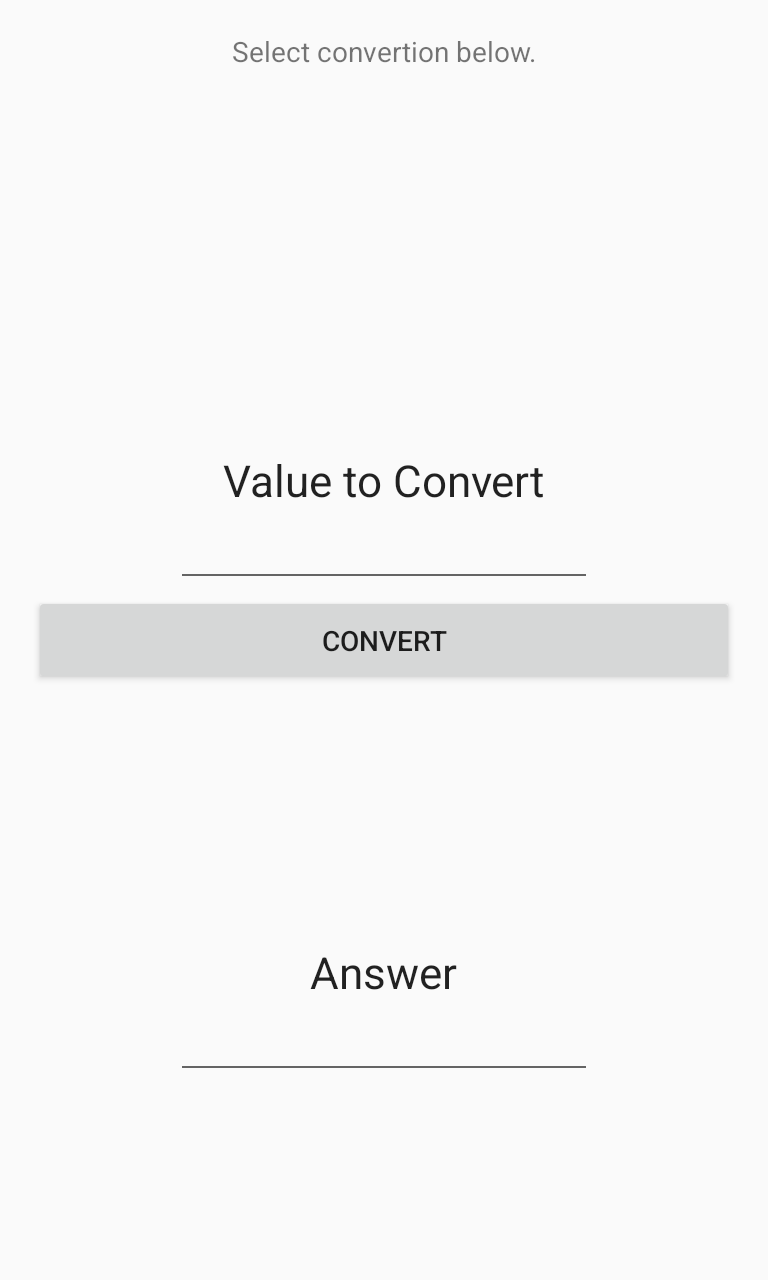
Repository: awayzo/6300Fall14Assignment4
Layout: UnitConvertor/res/layout/activity_currency.xml
The author's editor kept a copy of each file at every save. The layout is drawn from the files as they stood at one save, then again after the next save.
It is drawn on a 768 x 1280 px phone screen (xhdpi) without system bars, with theme AppTheme; the app's code is not run.

Above is the layout before, as saved 2014-09-27 07:45:57.

After the next save:
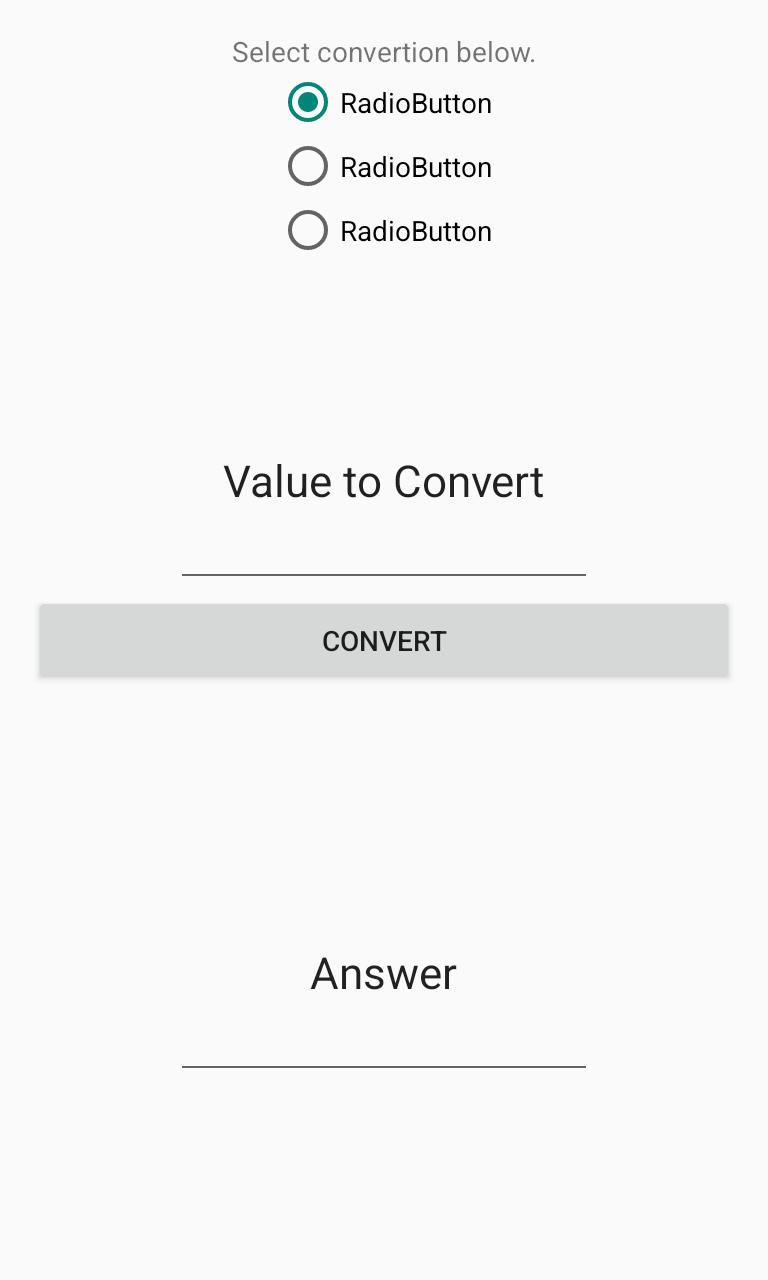
Saved 35 s later.
--- a/UnitConvertor/res/layout/activity_currency.xml
+++ b/UnitConvertor/res/layout/activity_currency.xml
@@ -60,4 +60,31 @@
         android:text="Value to Convert"
         android:textAppearance="?android:attr/textAppearanceLarge" />
 
+    <RadioGroup
+        android:id="@+id/radioGroup1"
+        android:layout_width="wrap_content"
+        android:layout_height="wrap_content"
+        android:layout_below="@+id/lblTitle_Currency"
+        android:layout_centerHorizontal="true" >
+
+        <RadioButton
+            android:id="@+id/radio0"
+            android:layout_width="wrap_content"
+            android:layout_height="wrap_content"
+            android:checked="true"
+            android:text="RadioButton" />
+
+        <RadioButton
+            android:id="@+id/radio1"
+            android:layout_width="wrap_content"
+            android:layout_height="wrap_content"
+            android:text="RadioButton" />
+
+        <RadioButton
+            android:id="@+id/radio2"
+            android:layout_width="wrap_content"
+            android:layout_height="wrap_content"
+            android:text="RadioButton" />
+    </RadioGroup>
+
 </RelativeLayout>
